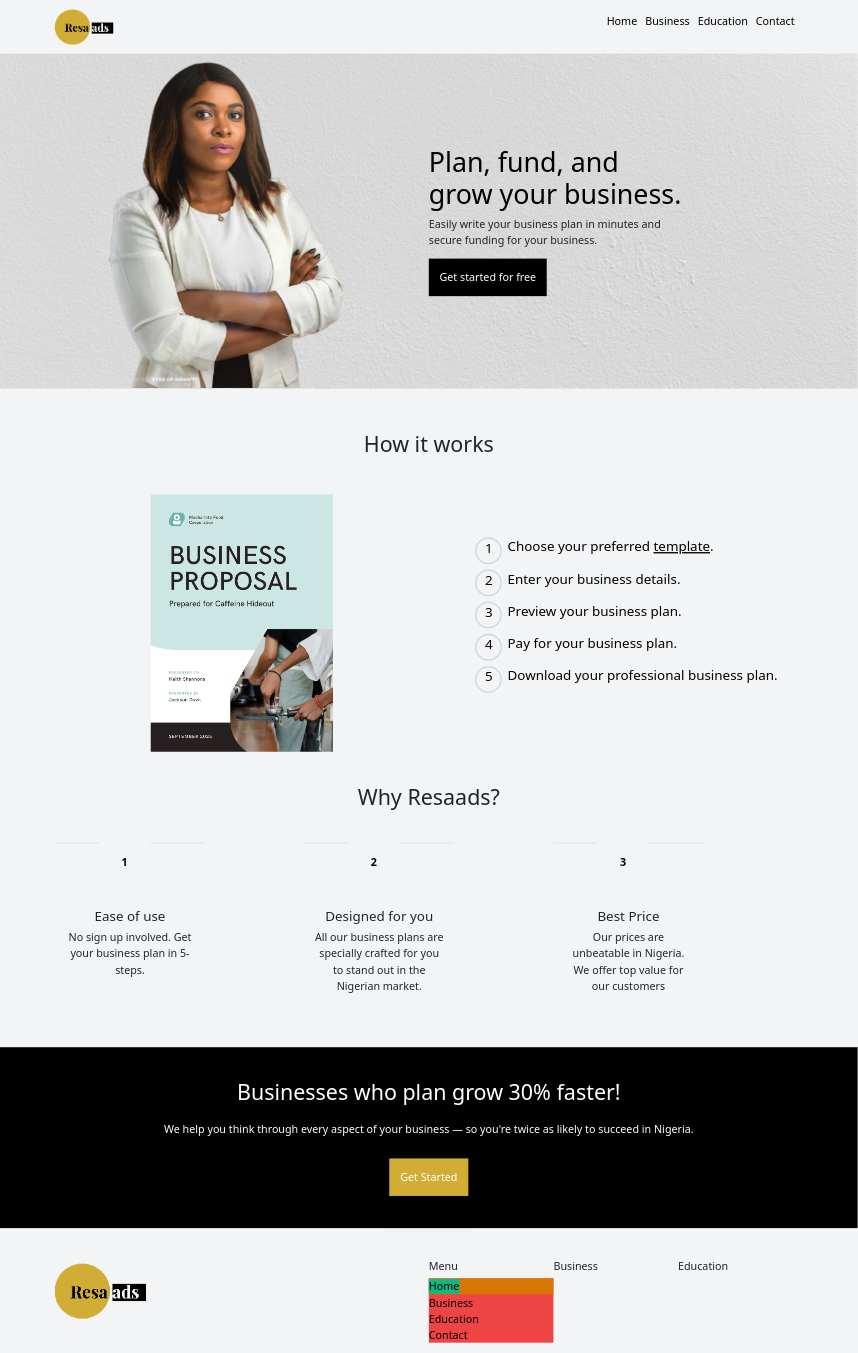
Repository: latenightsnacc/resaads-consults
Page: index.html
These files come from the project's save history. The page is drawn as it stood at one moment and after the next save; the edit follows.
The browser window is 1280 px wide. The pictures show the whole page, at 67% of full size.
Some web libraries are served in a nearby version.

Above is the page before, as saved 2021-08-05 13:10:51.

### index.html
<!DOCTYPE html>
<html lang="en">
<head>
    <meta charset="UTF-8">
    <meta http-equiv="X-UA-Compatible" content="IE=edge">
    <meta name="viewport" content="width=device-width, initial-scale=1.0">
    <!--Tailwind Css-->
    <link href="https://unpkg.com/tailwindcss@^2/dist/tailwind.min.css" rel="stylesheet">
    <!--Bootstrap CSS-->
    <link href="https://cdn.jsdelivr.net/npm/bootstrap@5.0.0-beta3/dist/css/bootstrap.min.css" rel="stylesheet" integrity="sha384-eOJMYsd53ii+scO/bJGFsiCZc+5NDVN2yr8+0RDqr0Ql0h+rP48ckxlpbzKgwra6" crossorigin="anonymous">
    <!--Font Awesome 5 CDN-->
    <link href="https://cdnjs.cloudflare.com/ajax/libs/font-awesome/5.13.0/css/all.min.css" rel="stylesheet">
    <!--Material Icons-->
    <link href="https://fonts.googleapis.com/css?family=Material+Icons|Material+Icons+Outlined|Material+Icons+Two+Tone|Material+Icons+Round|Material+Icons+Sharp" rel="stylesheet">
    <!--Google Font-->
    <link rel="preconnect" href="https://fonts.gstatic.com">
    <link href="https://fonts.googleapis.com/css2?family=Archivo:wght@400;700&display=swap" rel="stylesheet">
    <!--Page Title-->
    <title>Resaads Consults</title>

    <style>
        .primary-bg {
            background-color: #d2ad35 ;
        }
        a.primary:hover {
            color: #d2ad35;
            font-weight: 500;
        }
        .border-yellow-800 {
            border-color: #d2ad35 !important;
        }
        #banner {
            background-image: url('assets/images/pexels-lorenzo-242236.jpg');
            background-size: cover;
        }

    </style>
</head>
<body class="bg-gray-100">
    <header class="container">
        <nav class="flex flex-row h-20 w-full justify-between items-center">
            <a href="index.html" class="w-24">
                <img src="assets/logos/Logo-150px-removebg-preview.png" alt="" class="w-full">
            </a>
            <ul class="flex flex-row">
                <li class="mr-3">
                    <a href="index.html" class="text-black no-underline primary">Home</a>
                </li>
                <li class="mr-3">
                    <a href="" class=" text-black no-underline primary">Business</a>
                </li>
                <li class="mr-3">
                    <a href="" class=" text-black no-underline primary">Education</a>
                </li>
                <li class="mr-3">
                    <a href="" class="text-black no-underline primary">Contact</a>
                </li>
            </ul>
        </nav>
    </header>
    <main>
        <section id="banner">
            <div class="container">
                <div class="flex flex-row">
                    <div class="w-1/2">
                        <img src="assets/images/Front-Banner-removebg-preview.png" alt="">
                    </div>
                    <div class="w-1/2 flex flex-col justify-center items-start">
                        <h1 class="text-black fontbold">
                            Plan, fund, and
                            <br/><span>grow your business.</span>
                        </h1>
                        <p>Easily write your business plan in minutes and <br/>secure funding for your business. </p>
                        <a href="#" class="">
                            <button class="bg-black text-white p-3">Get started for free</button>
                        </a>
                    </div>
                </div>
            </div>
        </section>
        <!--Spacer-->
        <div class="my-5"></div>
        <section id="how-it-works">
            <div class="container">
                <h2 class="text-center pt-3 pb-5">How it works</h2>
                <div class="flex flex-row">
                    <div class="w-1/2">
                        <div class="flex justify-center h-96">
                            <img class="h-full" src="assets/images/Businessplan.png" alt="">
                        </div>

                    </div>
                    <div class="w-1/2 ">
                        <div class="flex h-full flex-col items-center justify-center">
                            <ol class="text-xl">
                                <li class="mb-2 text-black flex flex-row group">
                                    <span class="d-block w-10 h-10 border-gray-300 border-2 rounded-full text-center pb-3 mr-2 group-hover:border-yellow-800">1</span><span>Choose your preferred <a href="#" class="text-black primary">template</a>.</span>
                                </li>
                                <li class="mb-2 text-black flex flex-row group">
                                    <span class="d-block w-10 h-10 border-gray-300 border-2 rounded-full text-center pb-3 mr-2 group-hover:border-yellow-800">2</span><span>Enter your business details.</span>
                                </li>
                                <li class="mb-2 text-black flex flex-row group">
                                    <span class="d-block w-10 h-10 border-gray-300 border-2 rounded-full text-center pb-3 mr-2 group-hover:border-yellow-800">3</span><span>Preview your business plan.</span>
                                </li>
                                <li class="mb-2 text-black flex flex-row group">
                                    <span class="d-block w-10 h-10 border-gray-300 border-2 rounded-full text-center pb-3 mr-2 group-hover:border-yellow-800">4</span><span>Pay for your business plan.</span>
                                </li>
                                <li class="mb-2 text-black flex flex-row group">
                                    <span class="d-block w-10 h-10 border-gray-300 border-2 rounded-full text-center pb-3 mr-2 group-hover:border-yellow-800">5</span><span>Download your professional business plan.</span>
                                </li>

                            </ol>
                        </div>
                    </div>
                </div>
            </div>
        </section>
        <!--Spacer-->
        <div class="my-5"></div>
        <section id="why-resaads">
            <div class="container">
                <h2 class="text-center mb-5">Why Resaads?</h2>
                <div class="flex flex-row mx-auto">
                    <div class="w-1/3">
                        <div class="relative w-56  hover:shadow-2xl border-t-2 border-t-gray-300 p-3">
                            <div class="absolute left-14 -top-5">
                                <div class="flex flex-row justify-center items-center bg-gray-100 rounded-full w-24 h-24">
                                    <div class="text-black font-black">1</div>
                                </div>
                            </div>
                            <div class="text-center">
                                <h5 class="mt-20">Ease of use</h5>
                                <p>No sign up involved. Get your business plan in 5-steps.</p>
                            </div>
                        </div>
                    </div>
                    <div class="w-1/3">
                        <div class="relative w-56  hover:shadow-2xl border-t-2 border-t-gray-300 p-3">
                            <div class="absolute left-14 -top-5">
                                <div class="flex flex-row justify-center items-center bg-gray-100 rounded-full w-24 h-24">
                                    <div class="text-black font-black">2</div>
                                </div>
                            </div>
                            <div class="text-center">
                                <h5 class="mt-20">Designed for you</h5>
                                <p>All our business plans are specially crafted for you to stand out in the Nigerian market.</p>
                            </div>
                        </div>
                    </div>
                    <div class="w-1/3">
                        <div class="relative w-56  hover:shadow-2xl border-t-2 border-t-gray-300 p-3">
                            <div class="absolute left-14 -top-5">
                                <div class="flex flex-row justify-center items-center bg-gray-100 rounded-full w-24 h-24">
                                    <div class="text-black font-black">3</div>
                                </div>
                            </div>
                            <div class="text-center">
                                <h5 class="mt-20">Best Price</h5>
                                <p>Our prices are unbeatable in Nigeria. We offer top value for our customers</p>
                            </div>
                        </div>
                    </div>
                </div>
            </div>
        </section>
        <!--Spacer-->
        <div class="my-5"></div>
        <section class="bg-black text-white py-5">
            <div class="container">
                <h2 class="text-center">Businesses who plan grow 30% faster!</h2>
                <div class="flex flex-col items-center">
                    <p class="text-center py-3">We help you think through every aspect of your business — so you're twice as likely to succeed in Nigeria.</p>
                    <a href="#" class="">
                        <button class="primary-bg text-white p-3 shadow-2xl">Get Started</button>
                    </a>
                </div>
            </div>
        </section>
    </main>
    <!--Spacer-->
    <div class="my-5"></div>
    <footer>
        <div class="container">
            <div class="flex flex-row items-start">
                <div class="w-1/2">
                    <a href="index.html" class="w-24">
                        <img src="assets/logos/Logo-150px-removebg-preview.png" alt="" class="" data-title="Photo by Kampus Production from Pexels">
                    </a>
                </div>
                <div class="w-1/2">
                    <div class="flex flex-row">
                        <div class="w-1/3">
                            <h6>Menu</h6>
                            <ul class="flex flex-col justify-start bg-red-500 pl-0">
                                <li class="bg-yellow-600">
                                    <a href="index.html" class="bg-green-500 text-black no-underline primary">Home</a>
                                </li>
                                <li>
                                    <a href="index.html" class="text-black no-underline primary">Business</a>
                                </li>
                                <li>
                                    <a href="index.html" class="text-black no-underline primary">Education</a>
                                </li>
                                <li>
                                    <a href="index.html" class="text-black no-underline primary">Contact</a>
                                </li>
                            </ul>
                        </div>
                        <div class="w-1/3">
                            <h6>Business</h6>
                        </div>
                        <div class="w-1/3">
                            <h6>Education</h6>
                        </div>
                    </div>
                </div>
            </div>
        </div>
    </footer>
</body>
</html>

After the next save:
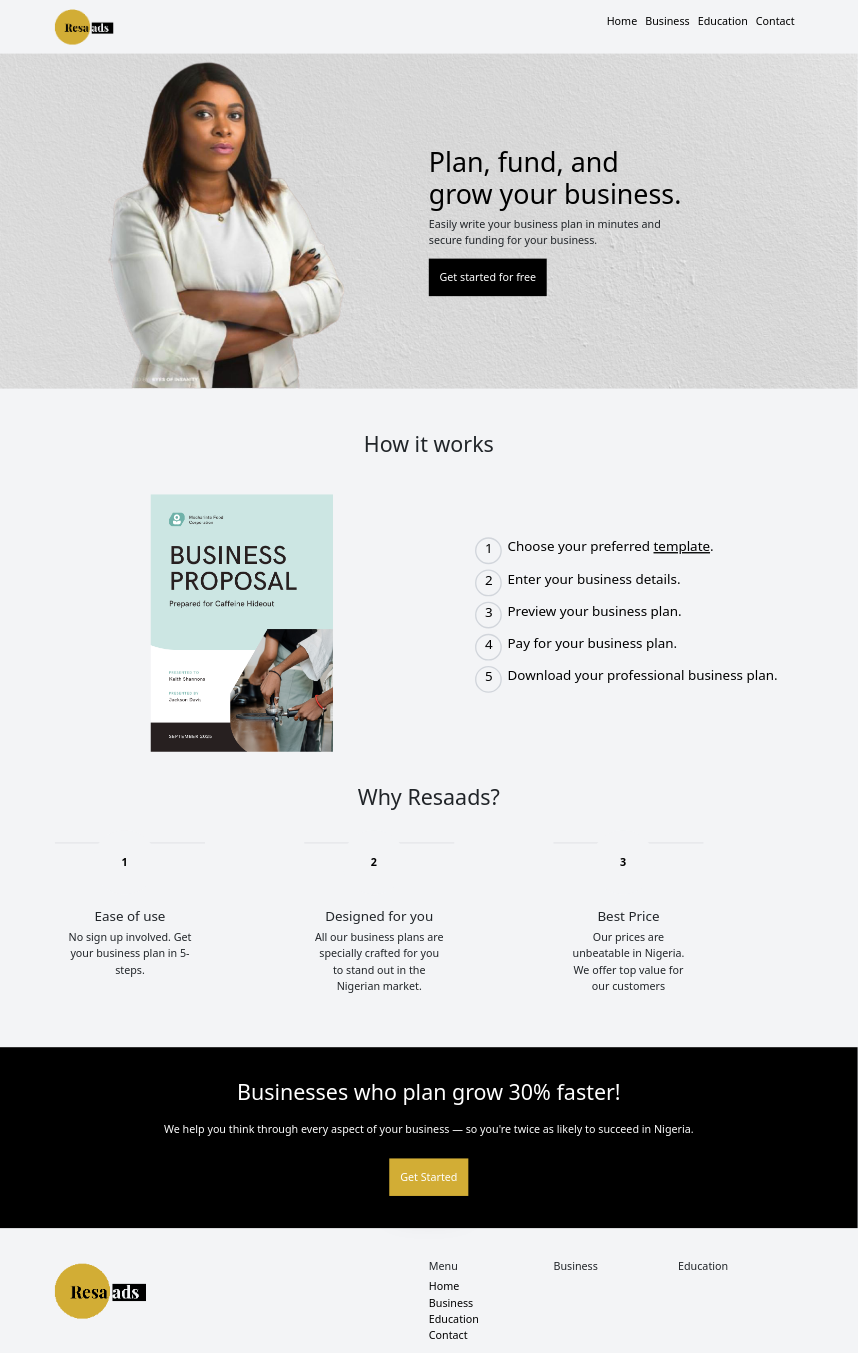
Saved 34 s later.
--- a/index.html
+++ b/index.html
@@ -191,9 +191,9 @@
                     <div class="flex flex-row">
                         <div class="w-1/3">
                             <h6>Menu</h6>
-                            <ul class="flex flex-col justify-start bg-red-500 pl-0">
-                                <li class="bg-yellow-600">
-                                    <a href="index.html" class="bg-green-500 text-black no-underline primary">Home</a>
+                            <ul class="flex flex-col justify-start pl-0">
+                                <li>
+                                    <a href="index.html" class="text-black no-underline primary">Home</a>
                                 </li>
                                 <li>
                                     <a href="index.html" class="text-black no-underline primary">Business</a>
